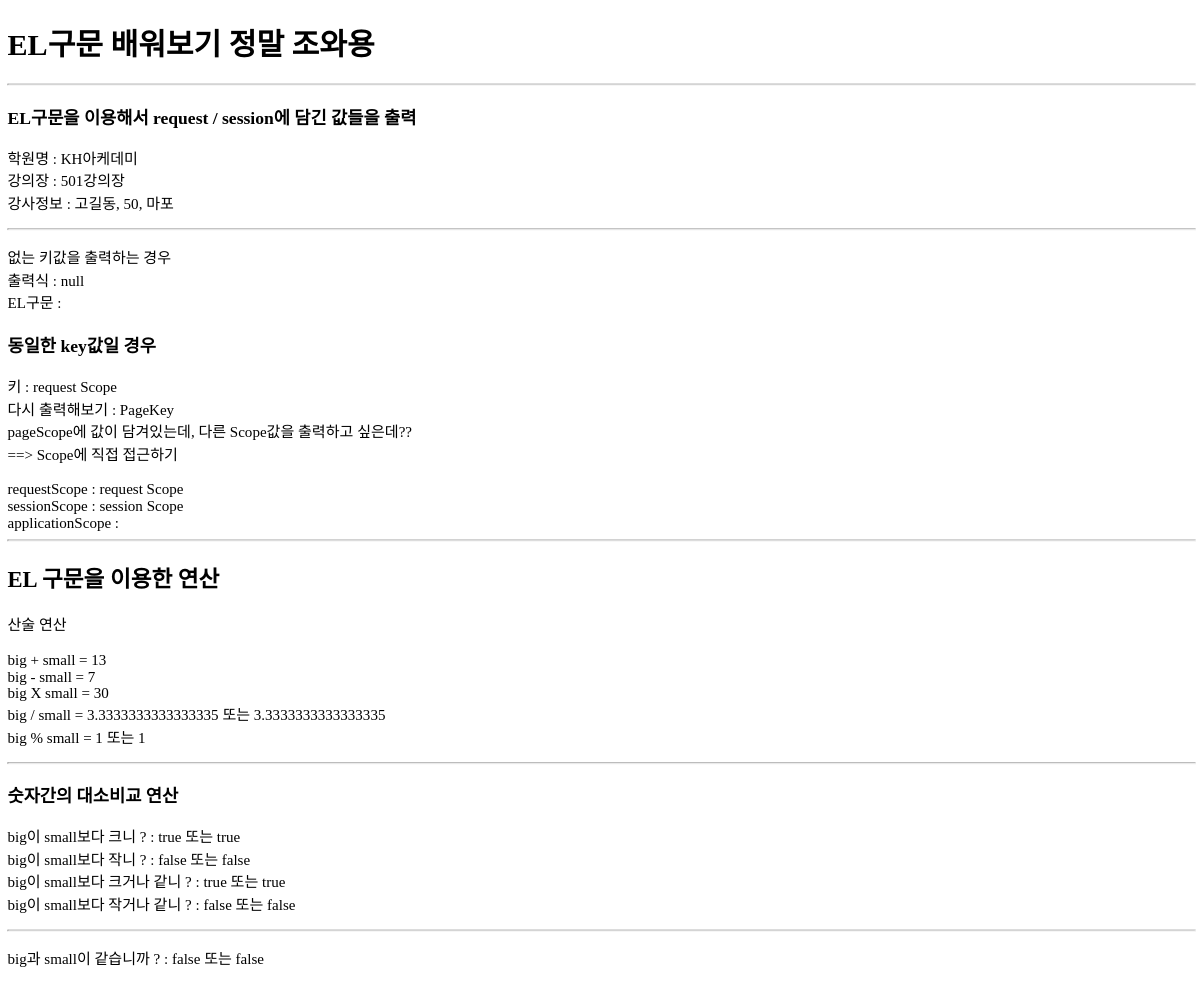
Repository: ghksl0204-shapa/dynamic-web
Page: http://localhost/ActionProject/el.do
An editor plug-in stored every save of this project. The page is shown before and after the next save, followed by the edit.
The browser window is 1280 px wide. The pictures show the whole page, at 94% of full size.
The page is served by Tomcat 9.

Above is the page before, as saved 2026-05-06 06:34:20.

After the next save:
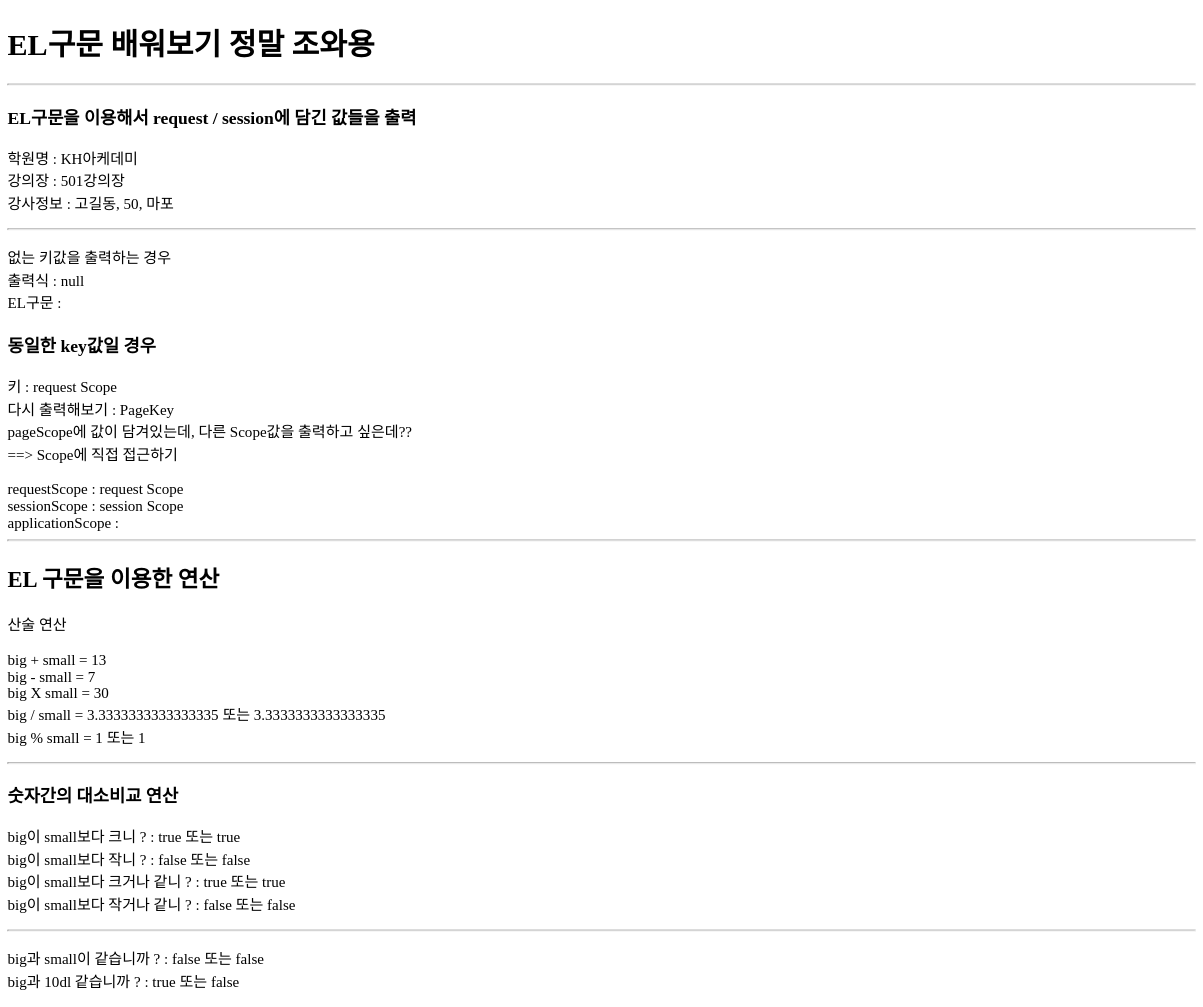
Saved 76 s later.
--- a/ActionProject/src/main/webapp/WEB-INF/views/01_el.jsp
+++ b/ActionProject/src/main/webapp/WEB-INF/views/01_el.jsp
@@ -116,7 +116,8 @@
 	 <hr>
 
 	 <p>
-	 	big과 small이 같습니까 ? : ${ big == small } 또는 ${ big eq small }
+	 	big과 small이 같습니까 ? : ${ big == small } 또는 ${ big eq small } <br>
+	 	big과 10dl 같습니까 ? : ${ big eq 10 } 또는 ${ big ne 10 } <br>
 	 </p>
 
 
